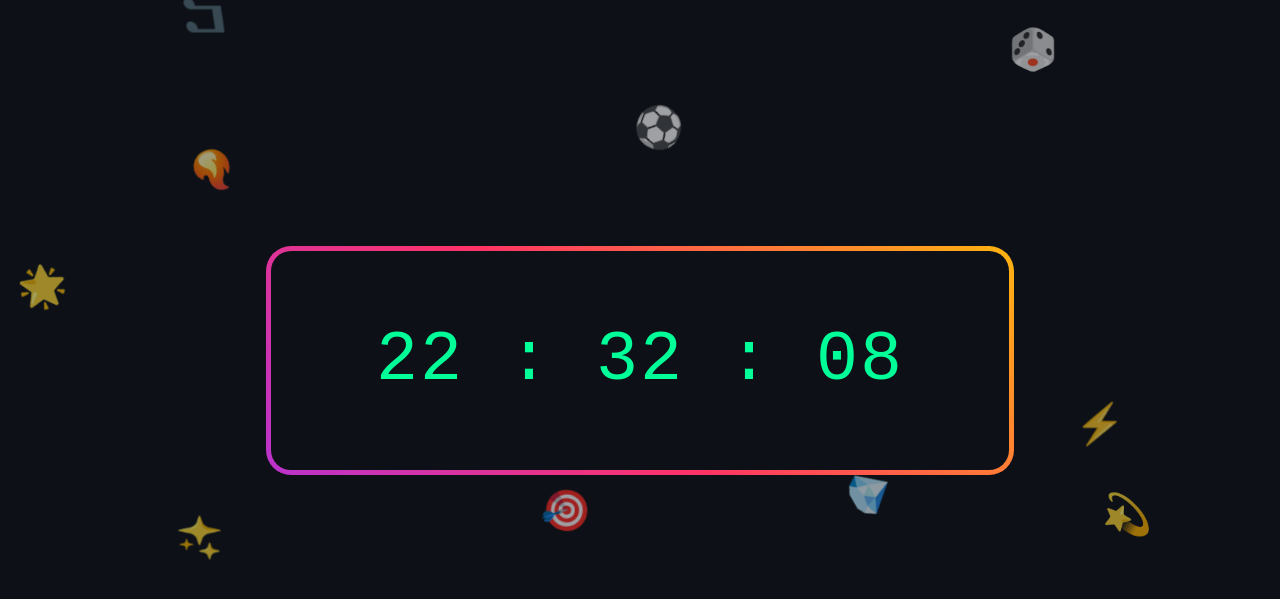
Repository: trunghau06/baiTapJs
Page: index.html
An editor plug-in stored every save of this project. The page is shown before and after the next save, followed by the edit.
The browser window is 1280 px wide. The pictures show the whole page.

Above is the page before, as saved 2025-10-21 18:00:51.

### index.html
<!DOCTYPE html>
<html lang="en">
<head>
    <meta charset="UTF-8">
    <meta name="viewport" content="width=device-width, initial-scale=1.0">
    <link rel="stylesheet" href="style.css">
    <title>Clock</title>
</head>
<body>
    <div class="floating-icon icon-1">🎵</div>
    <div class="floating-icon icon-2">🎲</div>
    <div class="floating-icon icon-3">✨</div>
    <div class="floating-icon icon-4">💫</div>
    <div class="floating-icon icon-5">🌟</div>
    <div class="floating-icon icon-6">⚡</div>
    <div class="floating-icon icon-7">🔥</div>
    <div class="floating-icon icon-8">💎</div>
    <div class="floating-icon icon-9">⚽</div>
    <div class="floating-icon icon-10">🎯</div>
    <div class="floating-icon icon-11">🚀</div>

    <div class="border-wrapper">
        <div class="showThoiGian">
            <span id="thoiGian"></span>
        </div>
    </div>
    <script src="main.js"></script>
</body>
</html>

### style.css
body {
    margin: 0;
    height: 100vh;
    display: flex;
    justify-content: center;
    align-items: center;
    background: #0d1117;
    color: #00ff99;
    font-family: monospace;
    overflow: hidden;
    position: relative;
}

.floating-icon {
    position: absolute;
    font-size: 40px;
    opacity: 0.6;
    pointer-events: none;
    animation: float 20s infinite ease-in-out;
}

.icon-1 {
    top: 10%;
    left: 10%;
    animation-delay: 0s;
}

.icon-2 {
    top: 20%;
    right: 15%;
    animation-delay: -5s;
}

.icon-3 {
    bottom: 15%;
    left: 20%;
    animation-delay: -10s;
}

.icon-4 {
    bottom: 25%;
    right: 10%;
    animation-delay: -15s;
}

.icon-5 {
    top: 50%;
    left: 5%;
    animation-delay: -7s;
}

.icon-6 {
    top: 60%;
    right: 8%;
    animation-delay: -12s;
}

.icon-7 {
    top: 35%;
    left: 15%;
    animation-delay: -3s;
}

.icon-8 {
    top: 75%;
    right: 25%;
    animation-delay: -8s;
}

.icon-9 {
    top: 15%;
    left: 50%;
    animation-delay: -14s;
}

.icon-10 {
    bottom: 10%;
    left: 45%;
    animation-delay: -6s;
}

.icon-11 {
    top: 45%;
    right: 20%;
    animation-delay: -11s;
}

@keyframes float {
    0%, 100% {
        transform: translate(0, 0) rotate(0deg);
    }
    25% {
        transform: translate(50px, -80px) rotate(90deg);
    }
    50% {
        transform: translate(-30px, -120px) rotate(180deg);
    }
    75% {
        transform: translate(-80px, -50px) rotate(270deg);
    }
}

.border-wrapper {
    position: relative;
    padding: 5px;
    border-radius: 25px;
    background: linear-gradient(45deg,
        #00ff99,
        #00ccff,
        #9933ff,
        #ff3366,
        #ffcc00,
        #00ff99
    );
    background-size: 400%;
    animation: gradient-rotate 3s linear infinite;
    z-index: 10;
}

@keyframes gradient-rotate {
    0% {
        background-position: 0% 50%;
    }
    50% {
        background-position: 100% 50%;
    }
    100% {
        background-position: 0% 50%;
    }
}

.showThoiGian {
    position: relative;
    font-size: 70px;
    letter-spacing: 2px;
    padding: 1em 1.5em;
    border-radius: 20px;
    text-align: center;
    color: #00ff99;
    background: #0d1117;
    max-width: 90vw;
}

@media (max-width: 768px) {
    .showThoiGian {
        font-size: 50px;
        padding: 0.8em 1.2em;
    }

    .floating-icon {
        font-size: 30px;
    }
}

@media (max-width: 480px) {
    .showThoiGian {
        font-size: 36px;
        padding: 0.6em 1em;
    }

    .floating-icon {
        font-size: 24px;
    }
}

### main.js
function showThoiGian() {
    let thoiGianHienTai = new Date();

    let gio  = thoiGianHienTai.getHours();
    let phut = thoiGianHienTai.getMinutes();
    let giay = thoiGianHienTai.getSeconds();

    gio  = formatNumber(gio);
    phut = formatNumber(phut);
    giay = formatNumber(giay);

    document.getElementById("thoiGian").innerHTML = gio + " : " + phut + " : " + giay;

    // setTimeout(showThoiGian, 1000);
}

function formatNumber(number) {
    return number < 10 ? "0" + number : String(number);
}

showThoiGian();

setInterval(showThoiGian, 1000);

After the next save:
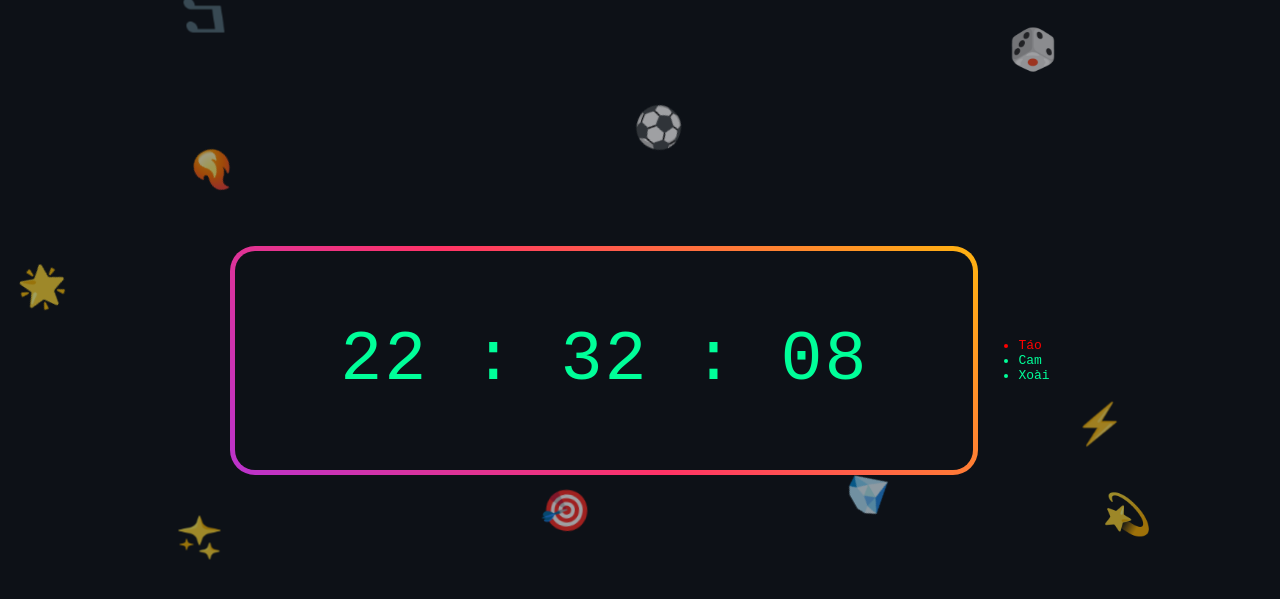
Saved 10 s later.
--- a/index.html
+++ b/index.html
@@ -27,3 +27,19 @@
     <script src="main.js"></script>
 </body>
 </html>
+
+<!DOCTYPE html>
+<html>
+<body>
+  <ul>
+    <li>Táo</li>
+    <li>Cam</li>
+    <li>Xoài</li>
+  </ul>
+
+  <script>
+    let elements = document.getElementsByTagName("li"); // chọn tất cả thẻ <li>
+    elements[0].style.color = "red"; // đổi màu chữ phần tử <li> đầu tiên
+  </script>
+</body>
+</html>
